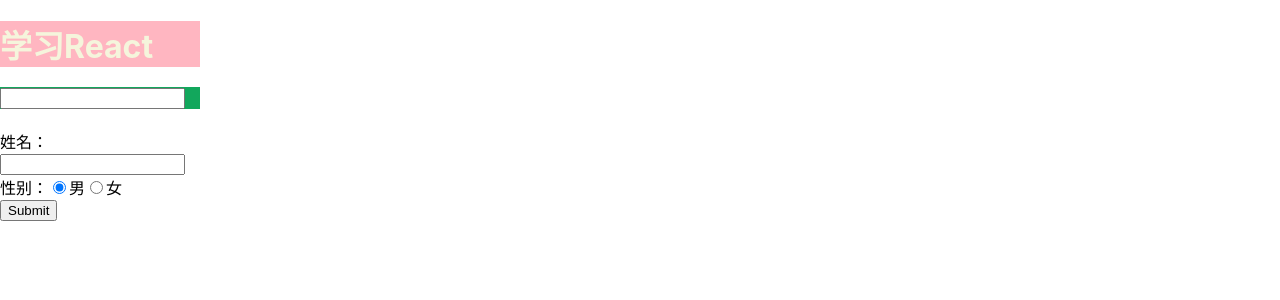
Repository: zhenzhen-gong/react-learning
Page: /
These files come from the project's save history. The page is drawn as it stood at one moment and after the next save; the edit follows.
The browser window is 1280 px wide. The pictures show the whole page.
The project was rebuilt for these pictures with package versions that can differ from the ones it lists, and the page was loaded fresh each time.

Above is the page before, as saved 2021-04-16 14:52:17.

### src/App.js
import React, {Component} from 'react'
import './app.less' // 未生效，因为缺少loader转换的配置
import './App.css';

class App extends Component {
   constructor(props) {
     super(props)
     this.state= {
       name: '学习React',
       inputval: '',
       person: '',
       sex: 1,
       citys: ["北京","上海", "深圳"],
       hobby: [
         {
           'title': '睡觉',
           'checked': true
         },
         {
          'title': '吃饭',
          'checked': true
        },
        {
          'title': '敲代码',
          'checked': true
        }
       ]
     }
   }
   // this指向问题，使用箭头函数定义函数，也可以在绑定的时候.bind（this）改变this指向，也可以在constructor中用this.函数名 = this.函数名.bind(this)来改变this指向
   handleInputval = (e)=>{
      this.setState({
        inputval: e.target.value
      })
   }
   handlePerson = (e)=>{
      this.setState({
        person: e.target.value
      })
   }
   handleSex = (e)=>{
    this.setState({
      sex: Number(e.target.value)
    })
   }
   handleCity = (e)=>{
      console.log('1')
   }
   handleSubmit = (e)=>{
     // 阻止form表单的提交事件
      e.preventDefault()
      console.log(this.state.person, this.state.sex)
   }
   render() {
     return (
       <div className="context">
         <h1>{this.state.name}</h1>
         <div className="input-test">
           <input type="text" value={this.state.inputval} onChange={this.handleInputval}></input>
           <span>{this.state.inputval}</span>
         </div>
         <form className="form-submit" onSubmit={this.handleSubmit}>
           姓名：<input type="text" value={this.state.person} onChange={this.handlePerson}></input>
           <div>
             性别：<input type="radio" value='1' checked={this.state.sex===1} onChange={this.handleSex} />男
             <input type="radio" value='2' checked={this.state.sex===2} onChange={this.handleSex} />女
           </div>
           {/*城市：<select onChange={this.handleCity}>
             {
               this.state.citys.map((item, key) => {
                 return <option key={key}>{item}</option>
               })
             }
            </select>*/}
           <input type="submit" defaultValue="提交"></input>
         </form>
       </div>
     )
   }
}

export default App;

### src/app.less
.context {
    width: 200px;
    h1 {
        color: beige;
    }
}

### src/App.css
.App {
  text-align: center;
}
h1 {
  background-color: lightpink;
  margin-bottom:  20px;
}
.input-test {
  background-color: rgb(18, 167, 92);
  margin-bottom:  20px;
}

Loaded but not shown: public/index.html (common file); src/index.js (common file); src/index.css (common file); src/reportWebVitals.js (common file)

After the next save:
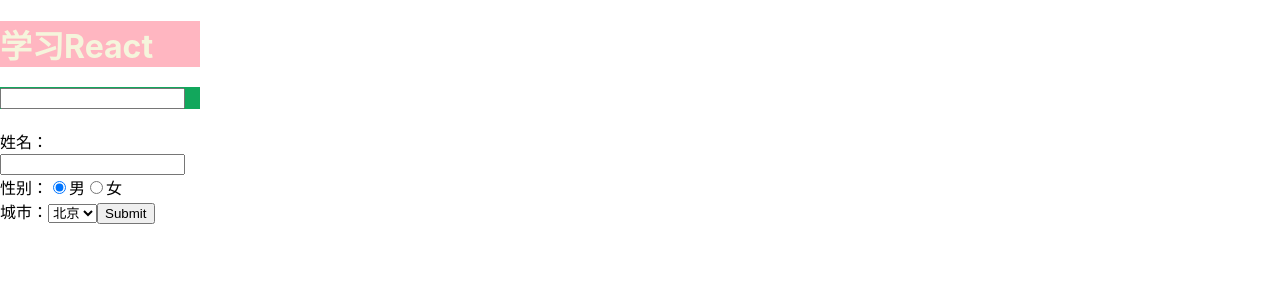
Saved 2 min 7 s later.
--- a/src/App.js
+++ b/src/App.js
@@ -65,13 +65,13 @@ class App extends Component {
              性别：<input type="radio" value='1' checked={this.state.sex===1} onChange={this.handleSex} />男
              <input type="radio" value='2' checked={this.state.sex===2} onChange={this.handleSex} />女
            </div>
-           {/*城市：<select onChange={this.handleCity}>
+          城市：<select onChange={this.handleCity}>
              {
                this.state.citys.map((item, key) => {
                  return <option key={key}>{item}</option>
                })
              }
-            </select>*/}
+            </select>
            <input type="submit" defaultValue="提交"></input>
          </form>
        </div>
